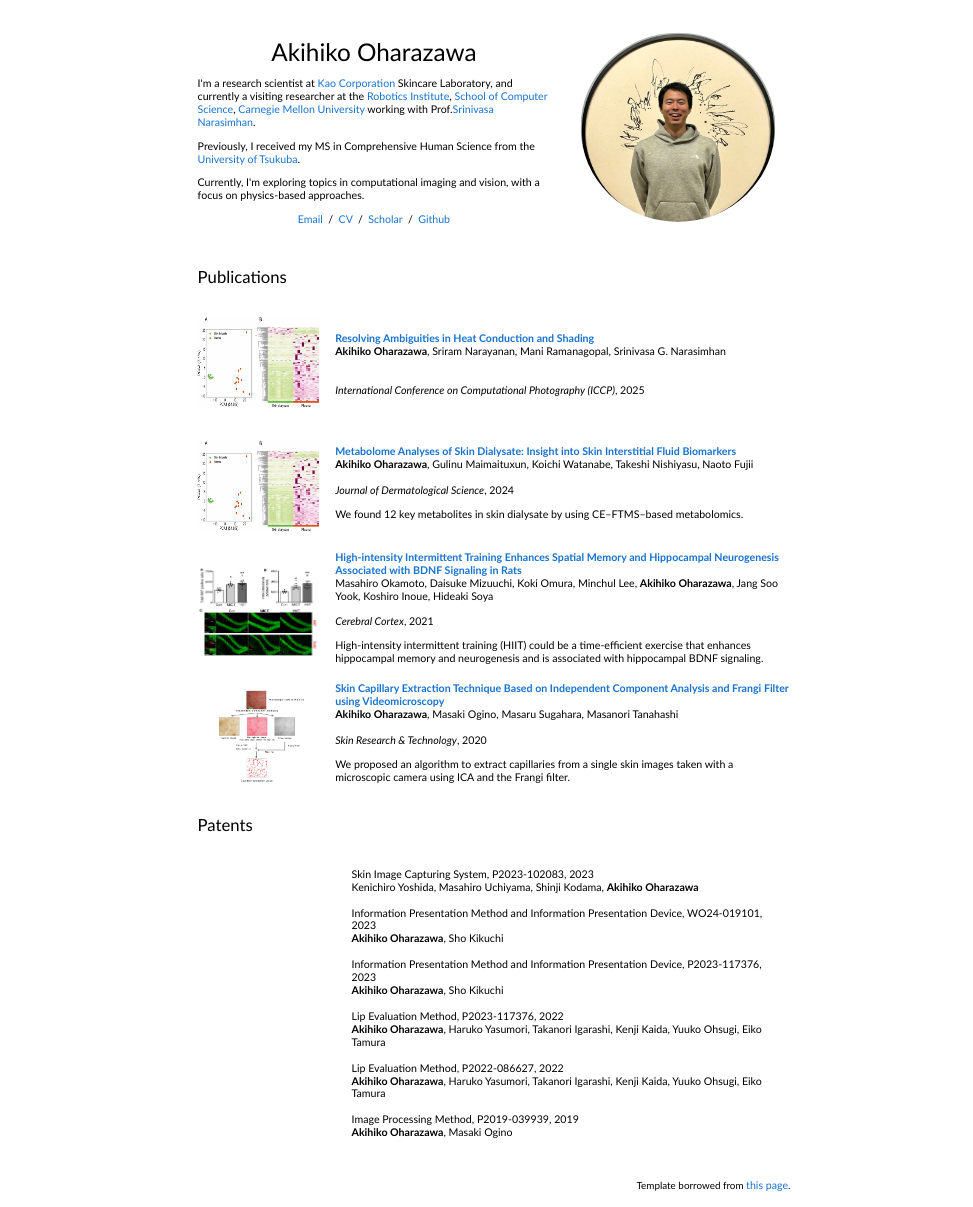
Repository: akihikooharazawa/akihikooharazawa.github.io
Page: index.html
These files come from the project's save history. The page is drawn as it stood at one moment and after the next save; the edit follows.
The browser window is 1280 px wide. The pictures show the whole page, at 76% of full size.

Above is the page before, as saved 2025-07-25 11:05:36.

After the next save:
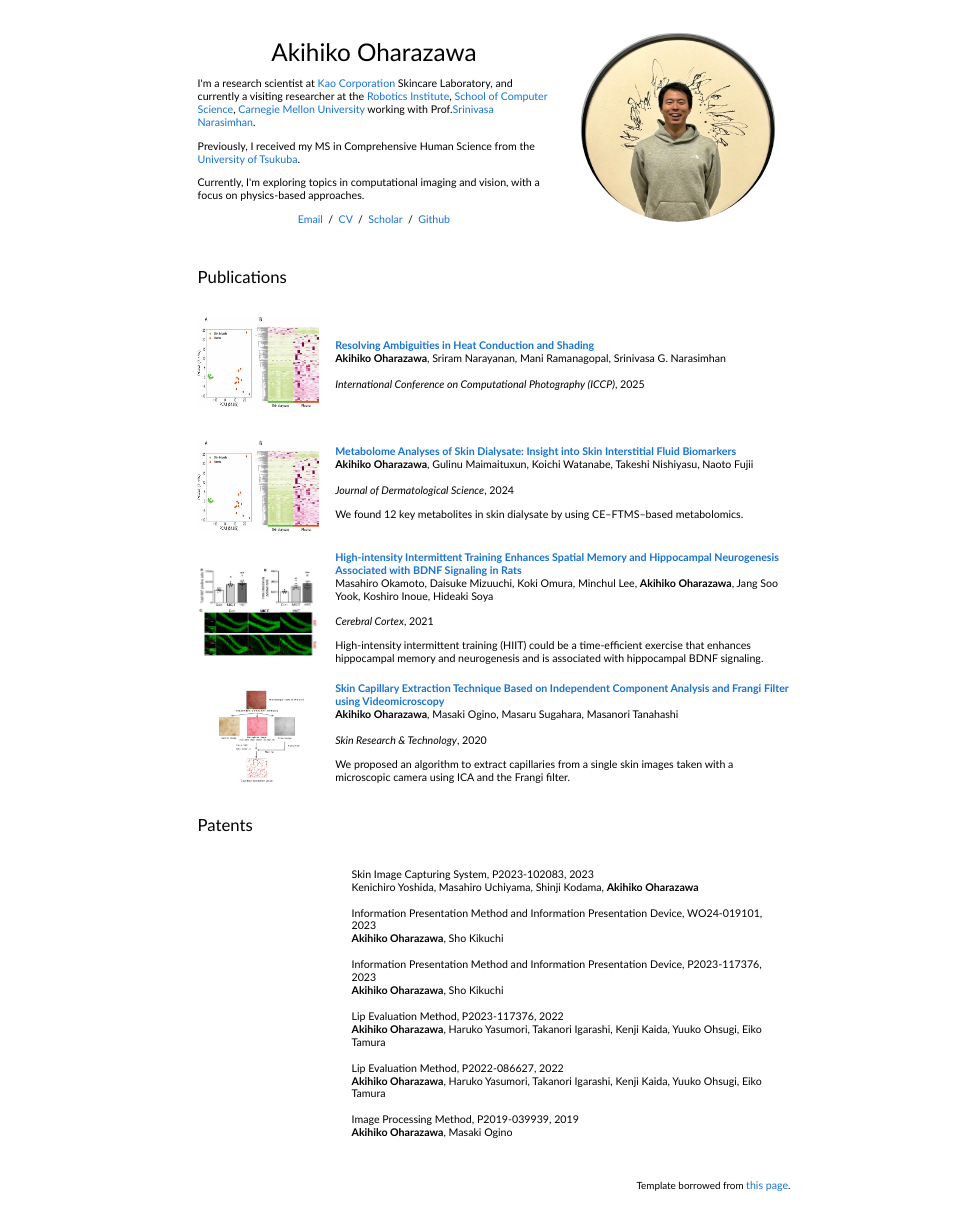
Saved 6 s later.
--- a/index.html
+++ b/index.html
@@ -72,7 +72,7 @@
                   <span class="papertitle">Resolving Ambiguities in Heat Conduction and Shading</span>
                 </a>
                 <br>
-                <strong>Akihiko Oharazawa</strong>, Sriram Narayanan, Mani Ramanagopal, Srinivasa G. Narasimhan<br>
+                <strong>Akihiko Oharazawa</strong>, Sriram Narayanan, Mani Ramanagopal, Srinivasa G. Narasimhan
                 <br>
                 <br>
                 <em>International Conference on Computational Photography (ICCP)</em>, 2025
